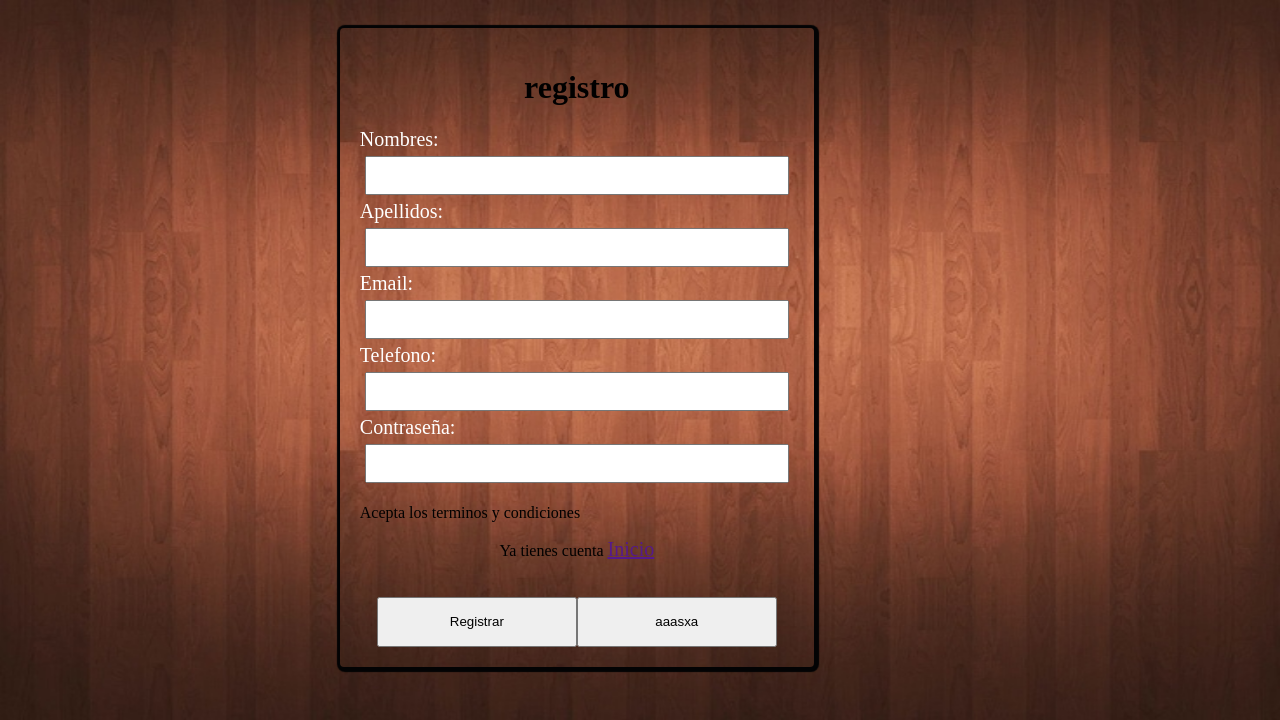
Repository: ye909/aplicacion_restaurante
Page: public/templeis/registro.html
The author's editor kept a copy of each file at every save. The page is drawn from the files as they stood at one save, then again after the next save.
The browser window is 1280 px wide. The pictures show the whole page.

Above is the page before, as saved 2024-11-12 21:57:23.

After the next save:
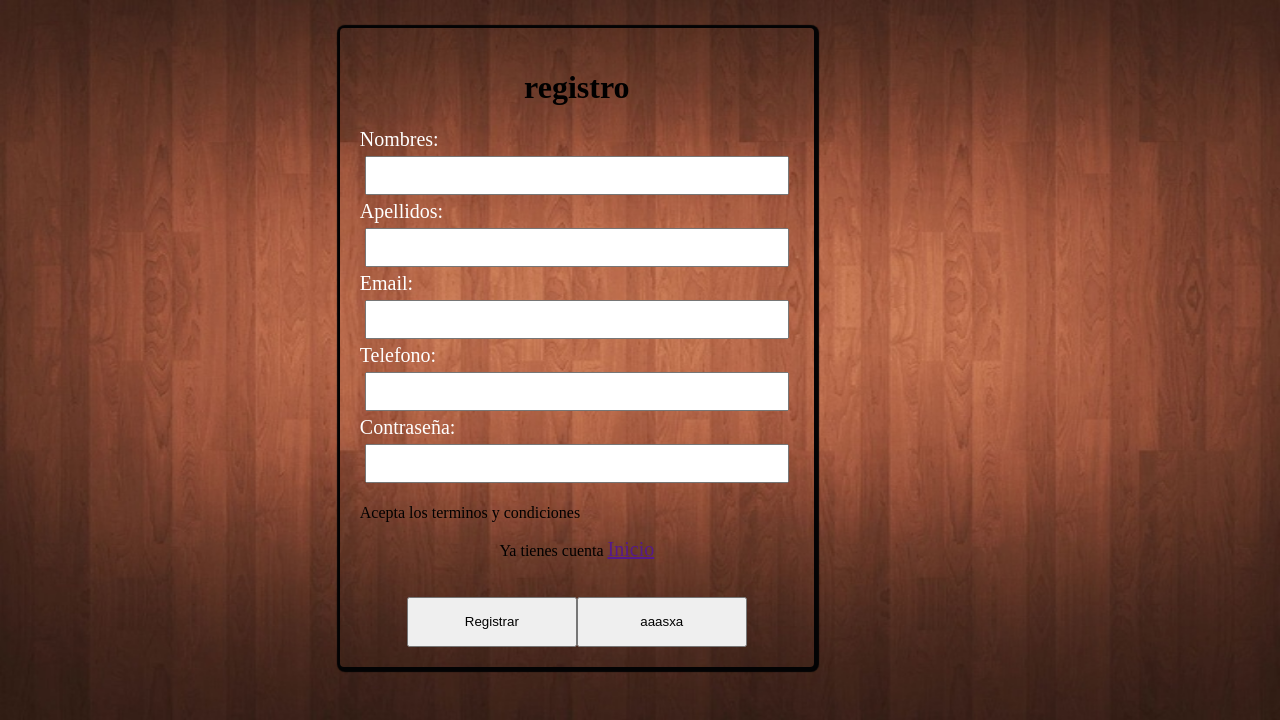
Saved 11 s later.
--- a/public/css/registro.css
+++ b/public/css/registro.css
@@ -34,7 +34,7 @@ label{
 
 }
 button{
-    width: 200px;
+    width: 170px;
     height: 50px;
 }
 input{
